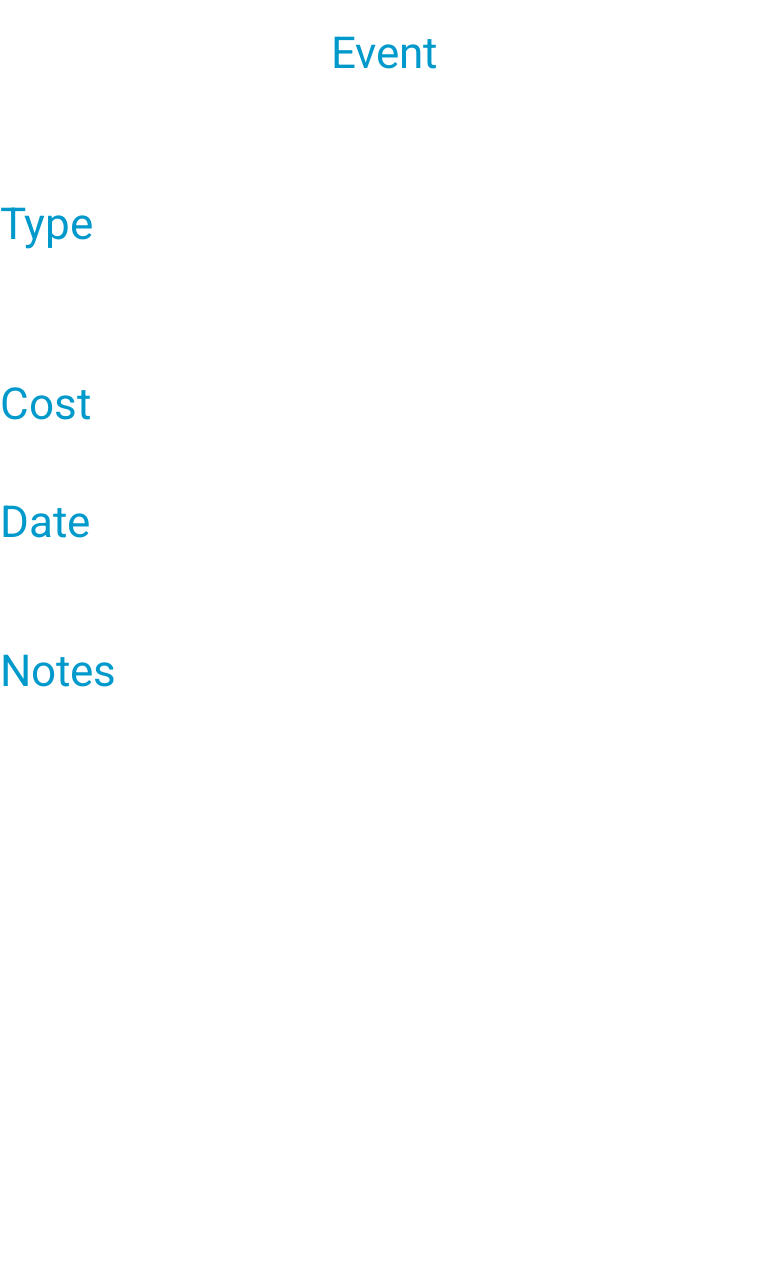
Repository: jpdias/timeinmoney
Layout: TimeInMoney/res/layout/activity_single.xml
These files come from the project's save history. The layout is drawn as it stood at one moment and after the next save; the edit follows.
It is drawn on a 768 x 1280 px phone screen (xhdpi) without system bars, with theme AppTheme; the app's code is not run.

Above is the layout before, as saved 2013-06-23 13:34:57.

### TimeInMoney/res/layout/activity_single.xml
<?xml version="1.0" encoding="utf-8"?>
<ScrollView xmlns:android="http://schemas.android.com/apk/res/android"
    android:layout_width="match_parent"
    android:layout_height="match_parent" >

    <LinearLayout
        android:layout_width="match_parent"
        android:layout_height="match_parent"
        android:orientation="vertical" >

    <TextView
        android:id="@+id/New_Event_Label"
        android:layout_width="match_parent"
        android:layout_height="51dp"
        android:gravity="center_vertical|center_horizontal"
        android:text="Event"
        android:textAppearance="?android:attr/textAppearanceLarge"
        android:textColor="#0099CC" />

    <TextView
        android:id="@+id/Name_Label"
        android:layout_width="match_parent"
        android:layout_height="45dp"
        android:textAppearance="?android:attr/textAppearanceLarge"
        android:textColor="#0099CC"
         />


    <TextView
        android:id="@+id/Type_label"
        android:layout_width="match_parent"
        android:layout_height="45dp"
        android:text="Type"
        android:textAppearance="?android:attr/textAppearanceLarge"
        android:textColor="#0099CC"
         />

     <TextView
        android:id="@+id/Type_Label"
        android:layout_width="match_parent"
        android:layout_height="45dp"
        android:textAppearance="?android:attr/textAppearanceLarge"
        android:textColor="#0099CC"
         />

    <TextView
        android:id="@+id/Cost_Field"
        android:layout_width="wrap_content"
        android:layout_height="wrap_content"
        android:text="Cost"
        android:textAppearance="?android:attr/textAppearanceLarge"
        android:textColor="#0099CC" />

    <TextView
        android:id="@+id/Cost_Label"
        android:layout_width="wrap_content"
        android:layout_height="wrap_content"

        android:textAppearance="?android:attr/textAppearanceLarge"
        android:textColor="#0099CC" />

    <TextView
        android:id="@+id/DateLabel"
        android:layout_width="match_parent"
        android:layout_height="45dp"
        android:text="Date"
        android:textAppearance="?android:attr/textAppearanceLarge"
        android:textColor="#0099CC" />
     <TextView
        android:id="@+id/Date_Label"
        android:layout_width="wrap_content"
        android:layout_height="wrap_content"
        android:textAppearance="?android:attr/textAppearanceLarge"
        android:textColor="#0099CC" />

    <TextView
        android:id="@+id/Notes_Label"
        android:layout_width="match_parent"
        android:layout_height="45dp"
        android:text="Notes"
        android:textAppearance="?android:attr/textAppearanceLarge"
        android:textColor="#0099CC" />

    <TextView
        android:id="@+id/Notes_Field"
        android:layout_width="match_parent"
        android:layout_height="wrap_content"
        android:ems="10"
        android:inputType="textMultiLine"
      />


    </LinearLayout>
</ScrollView>

Loaded but not shown: TimeInMoney/res/values/styles.xml (common file); TimeInMoney/res/values-v11/styles.xml (common file); TimeInMoney/res/values-v14/styles.xml (common file)

After the next save:
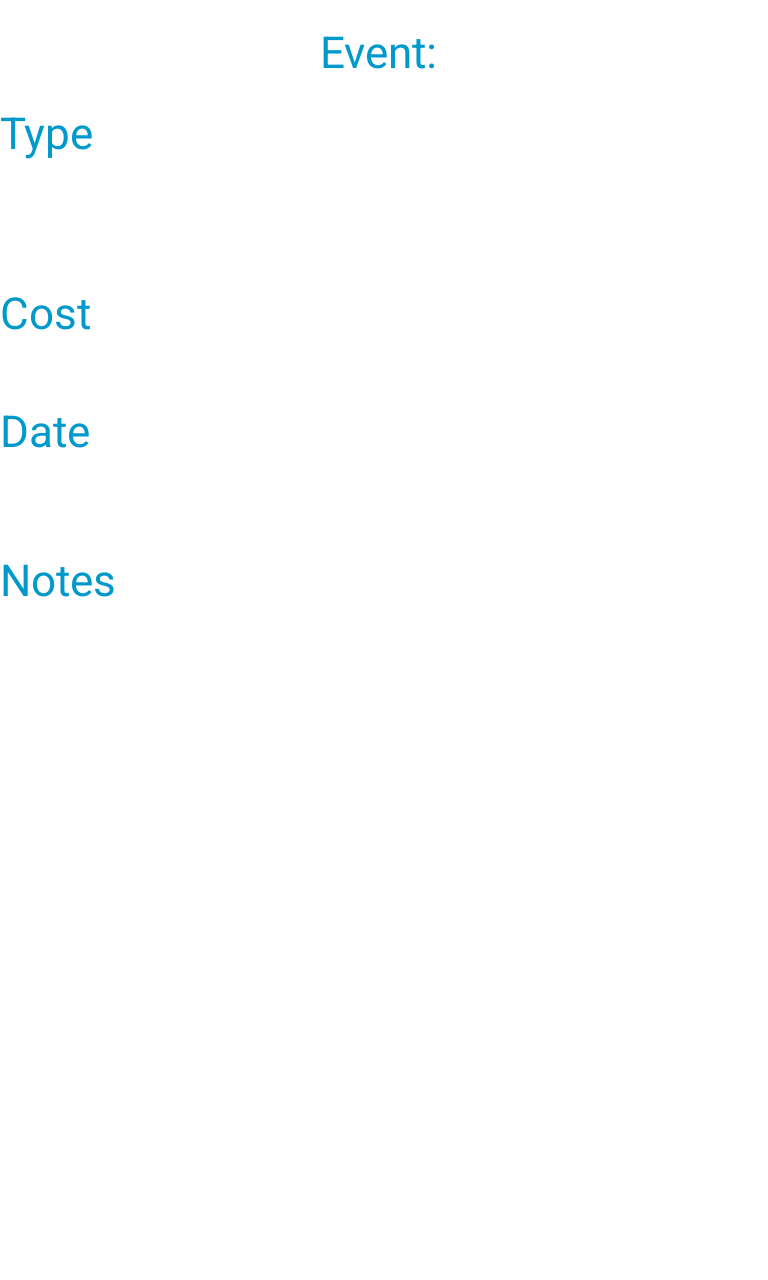
Saved 86 s later.
--- a/TimeInMoney/res/layout/activity_single.xml
+++ b/TimeInMoney/res/layout/activity_single.xml
@@ -9,21 +9,13 @@
         android:orientation="vertical" >
 
     <TextView
-        android:id="@+id/New_Event_Label"
+        android:id="@+id/Name_Label"
         android:layout_width="match_parent"
         android:layout_height="51dp"
         android:gravity="center_vertical|center_horizontal"
-        android:text="Event"
+        android:text="Event: "
         android:textAppearance="?android:attr/textAppearanceLarge"
         android:textColor="#0099CC" />
-
-    <TextView
-        android:id="@+id/Name_Label"
-        android:layout_width="match_parent"
-        android:layout_height="45dp"
-        android:textAppearance="?android:attr/textAppearanceLarge"
-        android:textColor="#0099CC"
-         />
 
 
     <TextView
